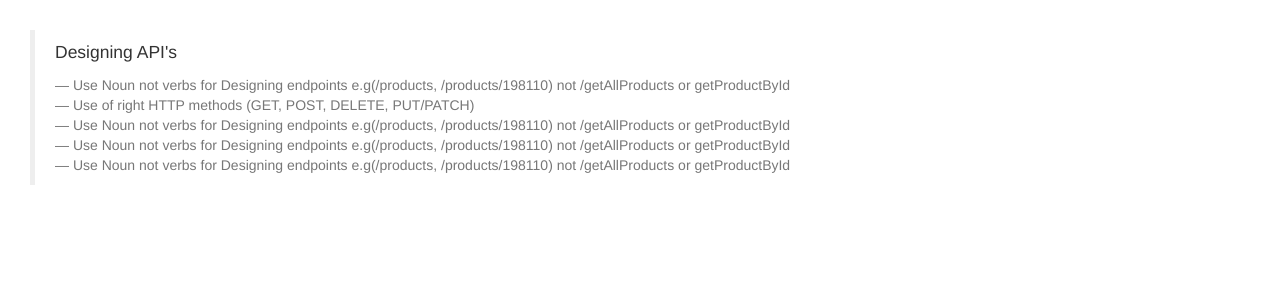
Repository: rahil001/preparation
Page: javascriptPrac/ApiDesign.html
The author's editor kept a copy of each file at every save. The page is drawn from the files as they stood at one save, then again after the next save.
The browser window is 1280 px wide. The pictures show the whole page.

Above is the page before, as saved 2019-10-29 22:30:57.

### javascriptPrac/ApiDesign.html
<!DOCTYPE html>
<html lang="en">
<head>
    <meta charset="UTF-8">
    <title>getting started with javascript</title>
    <link rel="stylesheet" href="https://maxcdn.bootstrapcdn.com/bootstrap/3.3.7/css/bootstrap.min.css  ">
    <style>
        body, .jumbotron{
            padding: 30px;
        }
        .text-giant{
            font-size: 40px;
        }
        .singleT {
            margin-top: 40px;
        }
    </style>
</head>
<body>
<div class>
    <blockquote class="blockquote">
        <p class="mb-0">Designing API's</p>
        <footer class="blockquote-footer">Use Noun not verbs for Designing endpoints e.g(/products, /products/198110) not /getAllProducts or getProductById</footer>
        <footer class="blockquote-footer">Use of right HTTP methods (GET, POST, DELETE, PUT/PATCH)</footer>
        <footer class="blockquote-footer">Use Noun not verbs for Designing endpoints e.g(/products, /products/198110) not /getAllProducts or getProductById</footer>
        <footer class="blockquote-footer">Use Noun not verbs for Designing endpoints e.g(/products, /products/198110) not /getAllProducts or getProductById</footer>
        <footer class="blockquote-footer">Use Noun not verbs for Designing endpoints e.g(/products, /products/198110) not /getAllProducts or getProductById</footer>
    </blockquote>
</div>
<script src="app.js"></script>
</body>
</html>

Loaded but not shown: javascriptPrac/app.js (no copy from this time; the picture is the same without it)

After the next save:
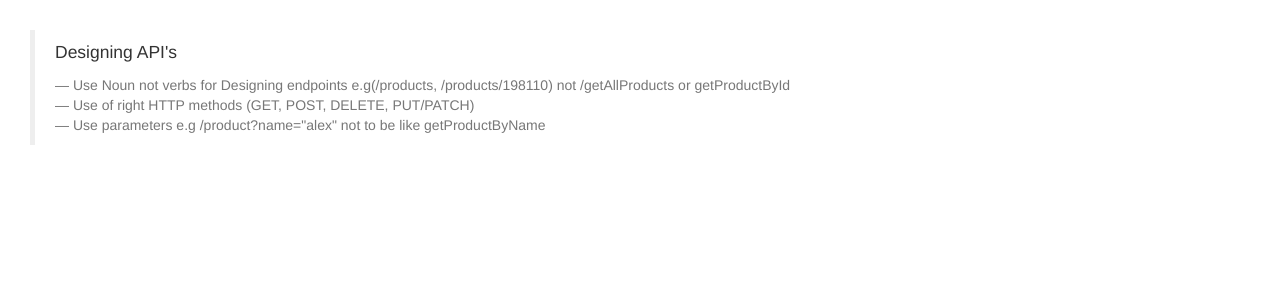
Saved 60 s later.
--- a/javascriptPrac/ApiDesign.html
+++ b/javascriptPrac/ApiDesign.html
@@ -22,9 +22,7 @@
         <p class="mb-0">Designing API's</p>
         <footer class="blockquote-footer">Use Noun not verbs for Designing endpoints e.g(/products, /products/198110) not /getAllProducts or getProductById</footer>
         <footer class="blockquote-footer">Use of right HTTP methods (GET, POST, DELETE, PUT/PATCH)</footer>
-        <footer class="blockquote-footer">Use Noun not verbs for Designing endpoints e.g(/products, /products/198110) not /getAllProducts or getProductById</footer>
-        <footer class="blockquote-footer">Use Noun not verbs for Designing endpoints e.g(/products, /products/198110) not /getAllProducts or getProductById</footer>
-        <footer class="blockquote-footer">Use Noun not verbs for Designing endpoints e.g(/products, /products/198110) not /getAllProducts or getProductById</footer>
+        <footer class="blockquote-footer">Use parameters e.g /product?name="alex" not to be like getProductByName</footer>
     </blockquote>
 </div>
 <script src="app.js"></script>
